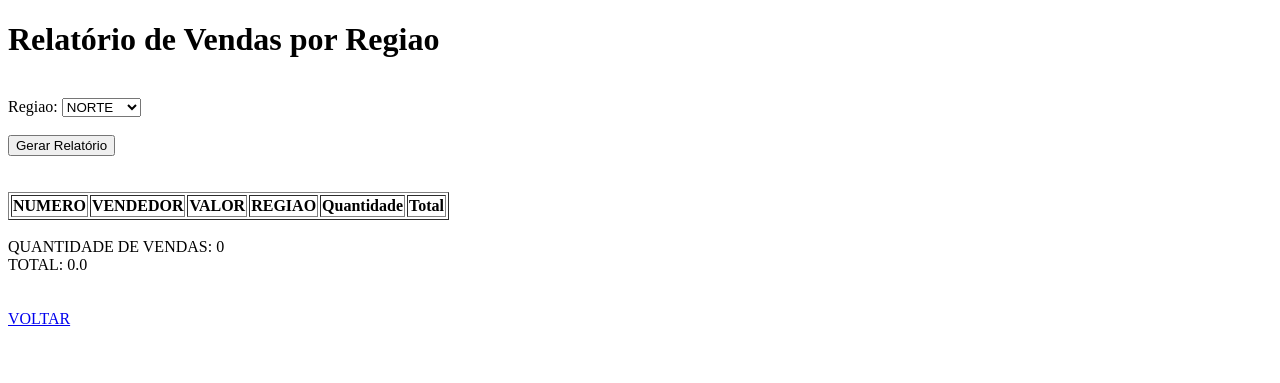
Repository: gabriellacrystina/workspaceWeb
Page: http://localhost/PrjVendas/RelatorioVendasRegiao.jsp
An editor plug-in stored every save of this project. The page is shown before and after the next save, followed by the edit.
The browser window is 1280 px wide. The pictures show the whole page.
The page is served by Tomcat 9. Other server files are loaded and not shown.

Above is the page before, as saved 2015-09-23 19:29:17.

### PrjVendas/WebContent/RelatorioVendasRegiao.jsp
<%@ page language="java" contentType="text/html; charset=ISO-8859-1"
    pageEncoding="ISO-8859-1"%>
<%@ page import="Modelo.Venda" %>
<%@ page import="Modelo.Regiao" %>
<%@ page import="java.util.ArrayList" %>
<!DOCTYPE html PUBLIC "-//W3C//DTD HTML 4.01 Transitional//EN" "http://www.w3.org/TR/html4/loose.dtd">
<html>
	<head>
	<meta http-equiv="Content-Type" content="text/html; charset=ISO-8859-1">
	<title>Relatorio por Regiao</title>
	</head>
	<body>
		<form action="RelatorioVendasRegiao" method="post">
		<h1>Relatório de Vendas por Regiao</h1><br>

		Regiao:
		<select name="regiao">
			<%
				for(Regiao regiao: Regiao.values()){
				%>
					<option value = "<%=regiao.name()%>"><%=regiao.name()%></option>
				<%
				}
			%>
		</select><br><br>
		<input type="submit" name="btnSubmit" value="Gerar Relatório"><br><br><br>
		</form>
		<!--Fim o formulario-->
		<%
			ArrayList<Venda> relatorio = (ArrayList<Venda>) session.getAttribute("relatorio");
			int qtde = 0;
			double total = 0;
		%>

		<table border="1" style="width:30%">
			<thead>
				<tr>
					<th>NUMERO</th>
					<th>VENDEDOR</th>
					<th>VALOR</th>
					<th>REGIAO</th>
					<th>Quantidade</th>
					<th>Total</th>
				</tr>
			</thead>
			<%
				if(relatorio != null){
					for(Venda vendas : relatorio){
					%>
						<tr>
							<td><center><%= vendas.getNumeroVenda() %></center></td>
							<td><center><%= vendas.getVendedor().getNome() %></center></td>
							<td><center><%= vendas.getValorVenda() %></center></td>
							<td><center><%= vendas.getRegiao() %></center></td>
							<% qtde++;
							   total += vendas.getValorVenda();
							%>
						</tr>
					<%
					}
				}
			%>
		</table><br>
		<div>
			QUANTIDADE DE VENDAS: <%=qtde%><br>
			TOTAL: <%=total%>
		</div><br><br>
		<a href="Menu.jsp">VOLTAR</a><br>
	</body>
</html>

### PrjVendas/src/Modelo/Regiao.java
package Modelo;

public enum Regiao {
	NORTE, SUL, LESTE, OESTE, CENTRO;
}

After the next save:
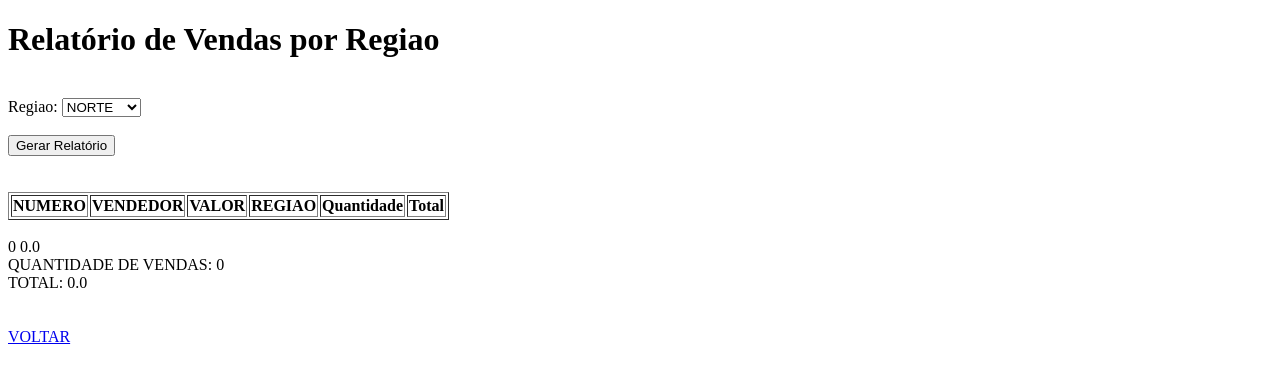
Saved 48 s later.
--- a/PrjVendas/WebContent/RelatorioVendasRegiao.jsp
+++ b/PrjVendas/WebContent/RelatorioVendasRegiao.jsp
@@ -61,6 +61,8 @@
 				}
 			%>
 		</table><br>
+		<td><%=qtde%></td>
+		<td><%=total%></td>
 		<div>
 			QUANTIDADE DE VENDAS: <%=qtde%><br>
 			TOTAL: <%=total%>
